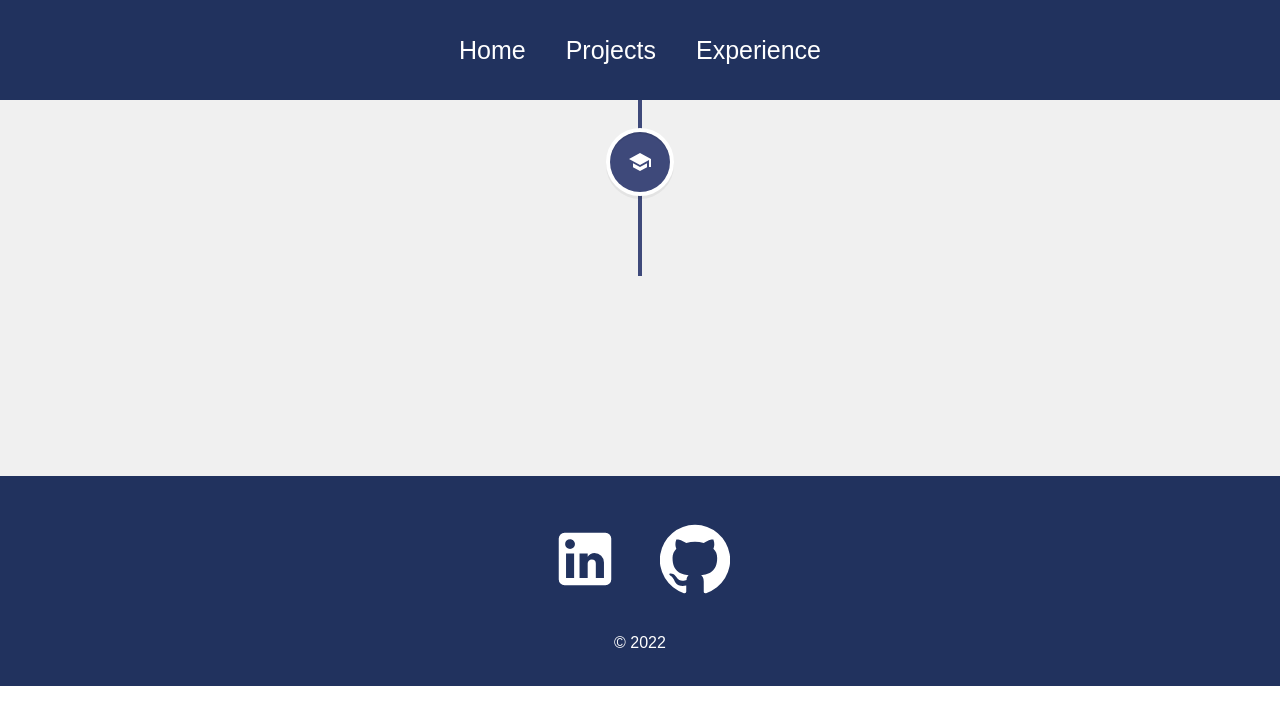
Repository: mireu-san/jw-personal-page
Page: /experience
These files come from the project's save history. The page is drawn as it stood at one moment and after the next save; the edit follows.
The browser window is 1280 px wide. The pictures show the whole page.
The project was rebuilt for these pictures with package versions that can differ from the ones it lists, and the page was loaded fresh each time. Also part of the build but not shown: src/styles/Home.css, src/pages/Home.js, src/pages/Projects.js.

Above is the page before, as saved 2022-11-09 17:38:09.

### src/App.js
import "./App.css";
import { BrowserRouter as Router, Routes, Route } from "react-router-dom";
import Home from "./pages/Home";
import Experience from "./pages/Experience";
import Projects from "./pages/Projects";
import Navbar from "./components/Navbar";
import Footer from "./components/Footer";

function App() {
  return (
    <div className="App">
      <Router>
        {/* #1 차이점? */}
        <Navbar />
        <Routes>
          <Route path="/" element={<Home />} />
          <Route path="/projects" element={<Projects />} />
          <Route path="/experience" element={<Experience />} />
        </Routes>
        <Footer />
      </Router>
    </div>
  );
}

export default App;

### src/App.css
/* recommended default setting */
/* .App {
  text-align: center;
}

body {
  padding: 0;
  margin: 0;
} */


/* end of recommended default setting */

.App {
  width: 100%;
  height: auto;
  display: flex;
  flex-direction: column;
  font-family: Arial, Helvetica, sans-serif;
  background-color: #f0f0f0;
}

body {
  padding: 0;
  margin: 0;
}

### src/pages/Experience.js
import React from "react";
import {
  VerticalTimeline,
  VerticalTimelineElement,
} from "react-vertical-timeline-component";
import "react-vertical-timeline-component/style.min.css";
import SchoolIcon from "@material-ui/icons/School";
import WorkIcon from "@material-ui/icons/Work";

function Experience() {
  return (
    <div className="experience">
      <VerticalTimeline lineColor="#3e497a">
        <VerticalTimelineElement
          className="vertical-timeline-element--education"
          date="2014 - 2017"
          iconStyle={{ background: "#3e497a", color: "#fff" }}
          icon={<SchoolIcon />}
        >
          <h3 className="vertical-timeline-element-title"> Senior School</h3>
          <p> All Saints Anglican School </p>
        </VerticalTimelineElement>
      </VerticalTimeline>
    </div>
  );
}

export default Experience;

### src/components/Navbar.js
import React, { useEffect, useState } from "react";
import { Link, useLocation } from "react-router-dom";
import "../styles/Navbar.css";
import ReorderIcon from "@material-ui/icons/Reorder";

function Navbar() {
  const [expandNavbar, setExpandNavbar] = useState(false);

  // to let it close when user click mobile menu category
  const location = useLocation();

  useEffect(() => {
    setExpandNavbar(false);
  }, [location]);

  return (
    <div className="navbar" id={expandNavbar ? "open" : "close"}>
      <div className="toggleButton">
        {/* toggle button for mobile */}
        <button
          onClick={() => {
            setExpandNavbar((prev) => !prev);
          }}
        >
          <ReorderIcon />
        </button>
      </div>
      <div className="links">
        <Link to="/"> Home </Link>
        <Link to="/projects"> Projects </Link>
        <Link to="/experience"> Experience </Link>
      </div>
    </div>
  );
}

export default Navbar;

### src/components/Footer.js
import React from "react";
import LinkedInIcon from "@material-ui/icons/LinkedIn";
import GithubIcon from "@material-ui/icons/GitHub";
import "../styles/Footer.css";

function Footer() {
  return (
    <div className="footer">
      <div className="socialMedia">
        <LinkedInIcon />
        <GithubIcon />
      </div>
      <p> &copy; 2022 </p>
    </div>
  );
}

export default Footer;

### src/styles/Navbar.css
.navbar {
    width: 100%;
    height: 100px;
    background: #21325e;
  }

  .links {
    width: 100%;
    height: 100%;
    display: flex;
    align-items: center;
    justify-content: center;
    color: white;
  }

  .navbar a {
    color: white;
    text-decoration: none;
    margin: 20px;
    font-size: 25px;
  }

  .toggleButton {
    width: 100%;
    height: 100px;
    display: flex;
    align-items: center;
    justify-content: flex-end;
  }

  .toggleButton svg {
    font-size: 50px;
  }

  /* toggle button for mobile */
  .toggleButton button {
    margin-right: 20px;
    background-color: transparent;
    border: none;
    color: white;
    cursor: pointer;
  }

  #open {
    height: 100vh;
  }

  #open .links {
    flex-direction: column;
    justify-content: flex-start;
    margin-top: 100px;
  }

  #open a {
    width: 100%;
    text-align: center;
  }

  @media only screen and (max-width: 900px) {
    .navbar a {
      width: 70px;
    }
  }

  @media only screen and (max-width: 600px) {
    .toggleButton {
      display: flex;
    }
    #close a {
      display: none;
    }
  }

  @media only screen and (min-width: 600px) {
    .toggleButton {
      display: none;
    }

    .hiddenLinks {
      display: none;
    }

    #open {
      height: 100px;
    }

    #open .links {
      flex-direction: row;
    }
  }

Loaded but not shown: public/index.html (common file); src/index.js (common file); src/reportWebVitals.js (common file); src/styles/Footer.css (common file)

After the next save:
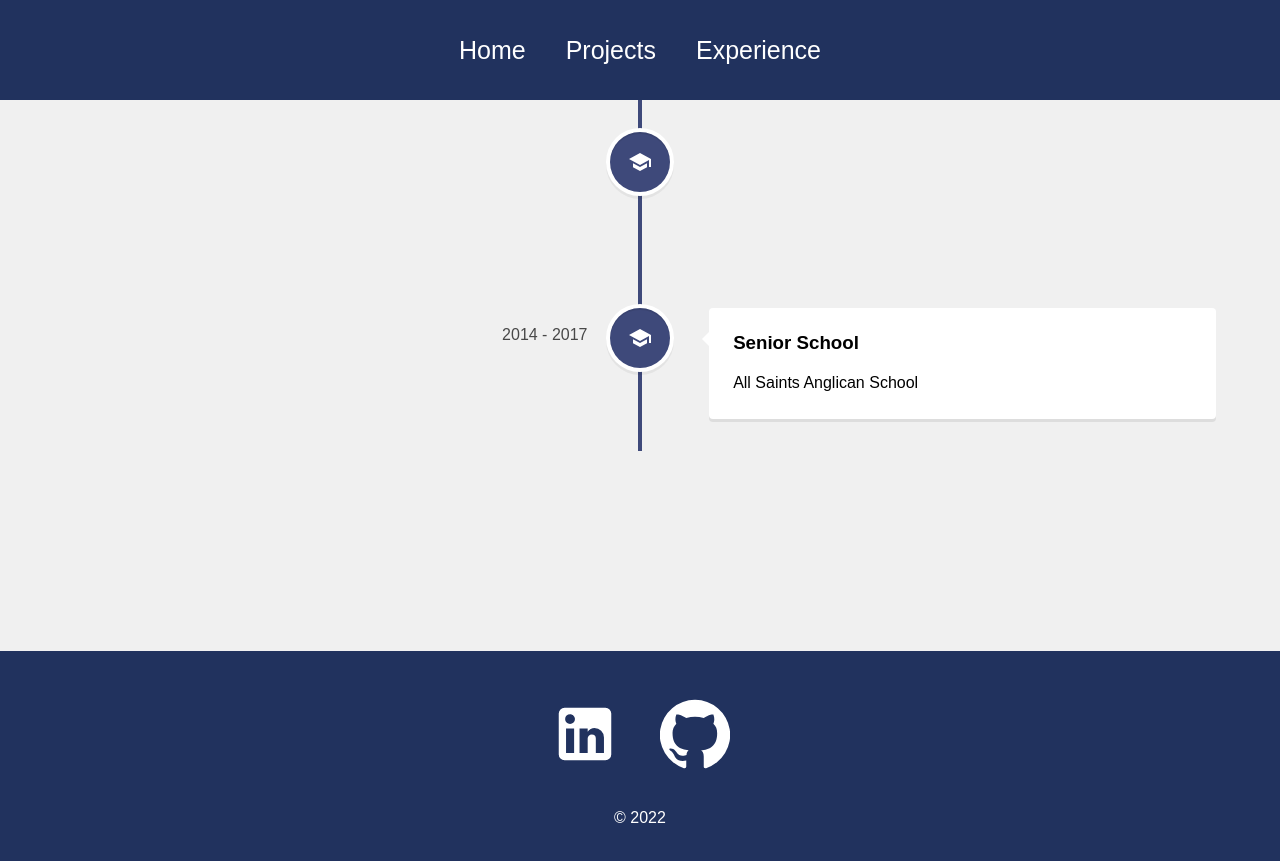
Saved 119 s later.
--- a/src/pages/Experience.js
+++ b/src/pages/Experience.js
@@ -20,6 +20,15 @@ function Experience() {
           <h3 className="vertical-timeline-element-title"> Senior School</h3>
           <p> All Saints Anglican School </p>
         </VerticalTimelineElement>
+        <VerticalTimelineElement
+          className="vertical-timeline-element--education"
+          date="2014 - 2017"
+          iconStyle={{ background: "#3e497a", color: "#fff" }}
+          icon={<SchoolIcon />}
+        >
+          <h3 className="vertical-timeline-element-title"> Senior School</h3>
+          <p> All Saints Anglican School </p>
+        </VerticalTimelineElement>
       </VerticalTimeline>
     </div>
   );
